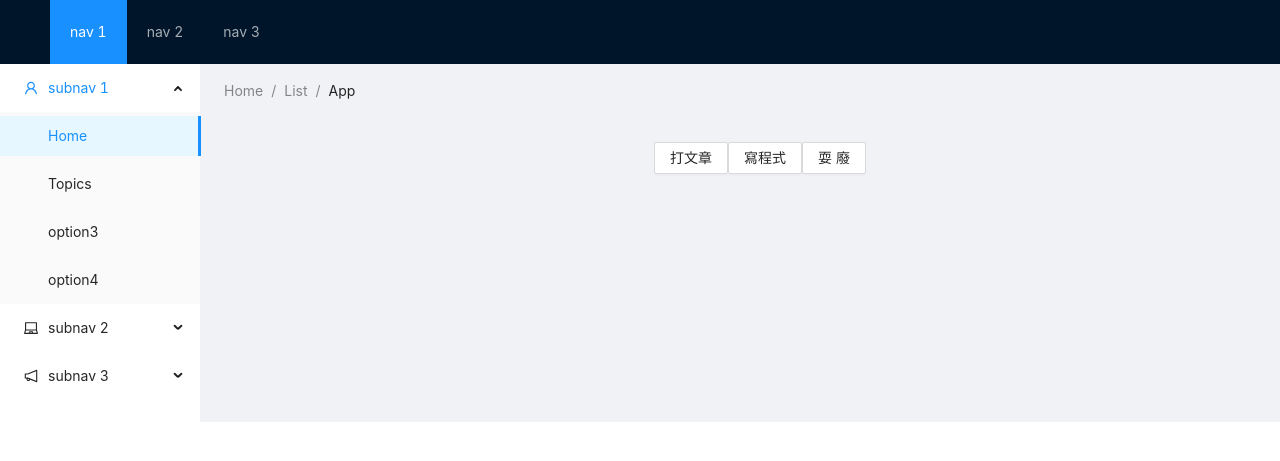
Repository: x213212/sharejobpool
Page: /topics
The author's editor kept a copy of each file at every save. The page is drawn from the files as they stood at one save, then again after a run of saves.
The browser window is 1280 px wide. The pictures show the whole page.
The project was rebuilt for these pictures with package versions that can differ from the ones it lists, and the page was loaded fresh each time. Also part of the build but not shown: src/index.css.

Above is the page before, as saved 2020-06-21 17:30:27.

### src/index.js
import React from 'react';
import ReactDOM from 'react-dom';

import './index.css';
import App from './App';
import * as serviceWorker from './serviceWorker';
import 'antd/dist/antd.css';
ReactDOM.render(
  <React.StrictMode>
    <App />
  </React.StrictMode>,
  document.getElementById('root')
);

// If you want your app to work offline and load faster, you can change
// unregister() to register() below. Note this comes with some pitfalls.
// Learn more about service workers: https://bit.ly/CRA-PWA
serviceWorker.unregister();

### src/App.js
import React from 'react';
import logo from './logo.svg';
import './App.css';
import { render } from '@testing-library/react';
import CommandButton from './components/CommandButton/CommandButton'
import { Component } from 'react'
import { Layout, Menu, Breadcrumb } from 'antd';
import { UserOutlined, LaptopOutlined, NotificationOutlined } from '@ant-design/icons';
import {
  BrowserRouter as Router,
  Switch,
  Route,
  Link
} from "react-router-dom";
const { SubMenu } = Menu;
const { Header, Content, Sider } = Layout;

export default class App extends Component {

  constructor(props) {
    super(props)
    this.state = {
      comments: [
        { username: 'test', content: 'test' },
        { username: 'test2', content: 'testhaha' }

      ]
    }
    this.Home = this.Home.bind(this);

  }
   Home() {
    return (
      <div>
        <h2>Home</h2>
      </div>
    );
  }
  render() {
    return (
      <Router>
        <div className="App">
          <Layout>
            <Header className="header">
              <div className="logo" />
              <Menu theme="dark" mode="horizontal" defaultSelectedKeys={['1']}>
                <Menu.Item key="1">nav 1</Menu.Item>
                <Menu.Item key="2">nav 2</Menu.Item>
                <Menu.Item key="3">nav 3</Menu.Item>
              </Menu>
            </Header>
            <Layout>
              <Sider width={200} className="site-layout-background">
                <Menu
                  mode="inline"
                  defaultSelectedKeys={['1']}
                  defaultOpenKeys={['sub1']}
                  style={{ height: '100%', borderRight: 0 }}
                >
                  <SubMenu key="sub1" icon={<UserOutlined />} title="subnav 1">
                    <Menu.Item key="1"><Link to="/">Home</Link></Menu.Item>

                    <Menu.Item key="2"><Link to="/topics">Topics</Link></Menu.Item>
                    <Menu.Item key="3">option3</Menu.Item>
                    <Menu.Item key="4">option4</Menu.Item>
                  </SubMenu>
                  <SubMenu key="sub2" icon={<LaptopOutlined />} title="subnav 2">
                    <Menu.Item key="5">option5</Menu.Item>
                    <Menu.Item key="6">option6</Menu.Item>
                    <Menu.Item key="7">option7</Menu.Item>
                    <Menu.Item key="8">option8</Menu.Item>
                  </SubMenu>
                  <SubMenu key="sub3" icon={<NotificationOutlined />} title="subnav 3">
                    <Menu.Item key="9">option9</Menu.Item>
                    <Menu.Item key="10">option10</Menu.Item>
                    <Menu.Item key="11">option11</Menu.Item>
                    <Menu.Item key="12">option12</Menu.Item>
                  </SubMenu>
                </Menu>
              </Sider>
              <Layout style={{ padding: '0 24px 24px' }}>
                <Breadcrumb style={{ margin: '16px 0' }}>
                  <Breadcrumb.Item>Home</Breadcrumb.Item>
                  <Breadcrumb.Item>List</Breadcrumb.Item>
                  <Breadcrumb.Item>App</Breadcrumb.Item>
                </Breadcrumb>
                <Content
                  className="site-layout-background"
                  style={{
                    padding: 24,
                    margin: 0,
                    minHeight: 280,
                  }}
                >
                  <CommandButton />
                </Content>
              </Layout>
            </Layout>
          </Layout>


        </div>
      </Router>
    );
  }
}

### src/App.css
.App {
  text-align: center;
}

.App-logo {

  pointer-events: none;
}

@media (prefers-reduced-motion: no-preference) {
  .App-logo {
    animation: App-logo-spin infinite 20s linear;
  }
}

.App-header {
  background-color: #282c34;

  display: flex;
  flex-direction: column;
  align-items: center;
  justify-content: center;
  font-size: calc(10px + 2vmin);
  color: white;
}

.App-link {
  color: #61dafb;
}

@keyframes App-logo-spin {
  from {
    transform: rotate(0deg);
  }
  to {
    transform: rotate(360deg);
  }
}

### src/components/CommandButton/CommandButton.js
import React from 'react';
import {Component} from 'react'
import { Button } from 'antd';
export default class CommandButton extends Component {
   constructor(props){
      super(props)
      this.handleClick = this.handleClick.bind(this);
      this.sayHello = this.sayHello.bind(this);
  }
  handleClick() {
   this.props.onHeaderClick(this.props.value);
 }

//   handleClick(e) {
//    console.log(this.props.value);

//    e.preventDefault();

//    console.log('The link was clicked.');
//  }
   sayHello(name) {
      // alert(`hello, ${name}`);
      console.log({name});
   }
   render() {

      let objLists =
      [{id:'a',list:'打文章'},{id:'b',list:'寫程式'},{id:'c',list:'耍廢'}]


     let lists = objLists.map((list) => <Button  key={list.id} id={list.id} onClick={() => this.sayHello(list.list)} >{list.list}</Button>)


      return (
         <ul>
         {lists}
         </ul>
      );
   }
}

Loaded but not shown: public/index.html (common file); src/serviceWorker.js (common file)

After the next 3 saves:
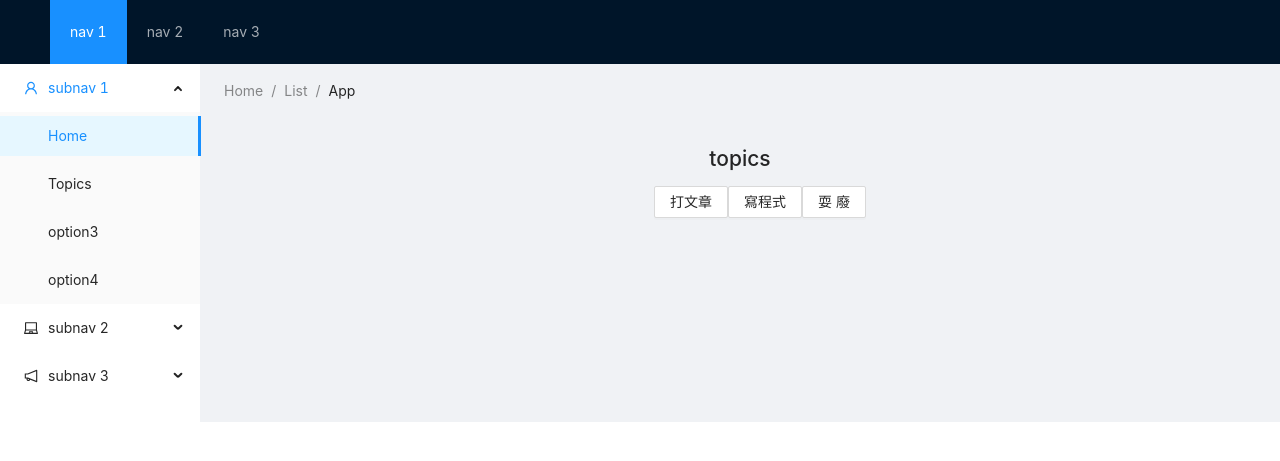
The 3 saves are shown as one change because 2 did not build or start.
The last was saved 53 s later.
--- a/src/App.js
+++ b/src/App.js
@@ -26,16 +26,10 @@ export default class App extends Component {
 
       ]
     }
-    this.Home = this.Home.bind(this);
+
 
   }
-   Home() {
-    return (
-      <div>
-        <h2>Home</h2>
-      </div>
-    );
-  }
+
   render() {
     return (
       <Router>
@@ -92,7 +86,16 @@ export default class App extends Component {
                     minHeight: 280,
                   }}
                 >
-                  <CommandButton />
+                  <Switch>
+                    <Route exact path="/">
+                    <h2>Home</h2>
+                    </Route>
+                    <Route path="/topics">
+                    <h2>topics</h2>
+                    <CommandButton />
+                    </Route>
+                  </Switch>
+
                 </Content>
               </Layout>
             </Layout>
